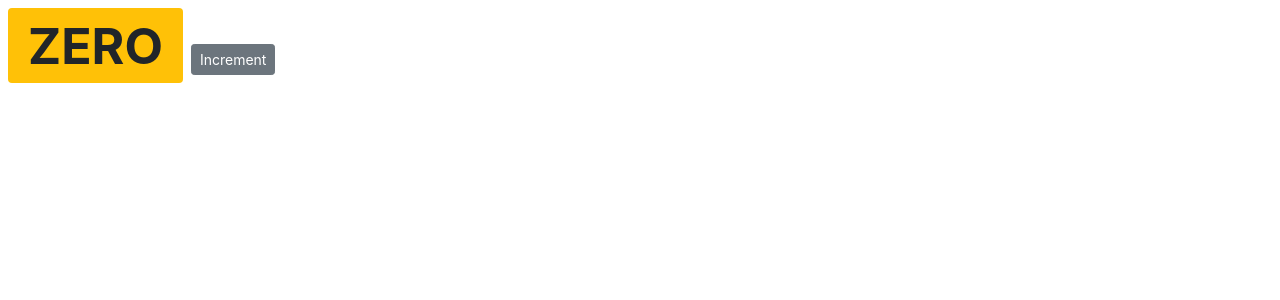
Repository: NikhilSurani/counter-app
Page: /
The author's editor kept a copy of each file at every save. The page is drawn from the files as they stood at one save, then again after the next save.
The browser window is 1280 px wide. The pictures show the whole page.
The project was rebuilt for these pictures with package versions that can differ from the ones it lists, and the page was loaded fresh each time.

Above is the page before, as saved 2018-12-28 18:53:44.

After the next save:
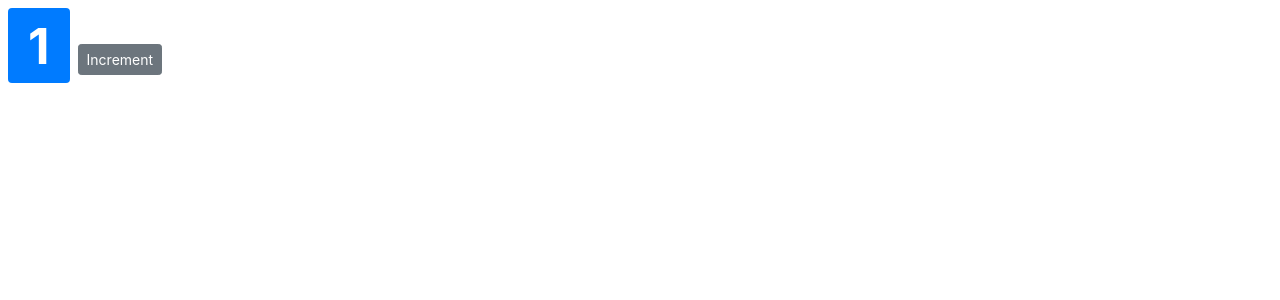
Saved 19 s later.
--- a/src/components/counter.jsx
+++ b/src/components/counter.jsx
@@ -1,7 +1,7 @@
 import React, { Component } from "react";
 class Counter extends Component {
   state = {
-    count: 0
+    count: 1
     // imageUrl: "https://picsum.photos/200"
   };
   styles = {
